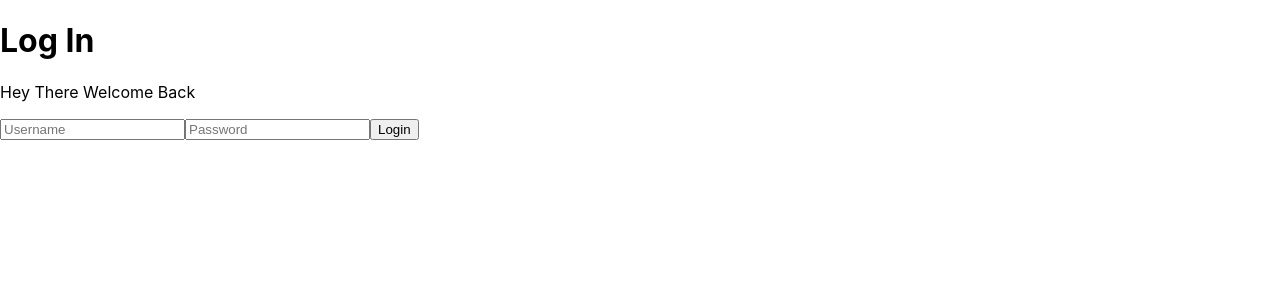
Repository: AfifaNoor/Admin_Panel-React-
Page: /login-page
The author's editor kept a copy of each file at every save. The page is drawn from the files as they stood at one save, then again after the next save.
The browser window is 1280 px wide. The pictures show the whole page.
The project was rebuilt for these pictures with package versions that can differ from the ones it lists, and the page was loaded fresh each time.

Above is the page before, as saved 2025-07-09 18:30:54.

After the next save:
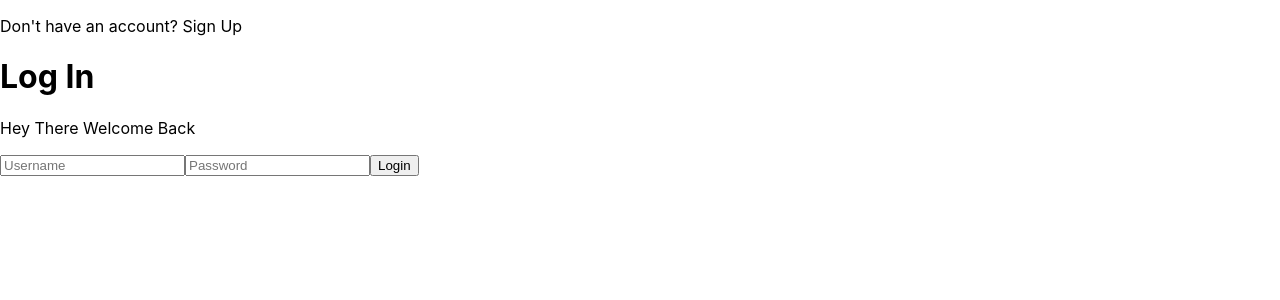
Saved 50 s later.
--- a/src/LoginPage.jsx
+++ b/src/LoginPage.jsx
@@ -8,7 +8,9 @@ const LoginPage = () => {
     <div className='login-container'>
 
     <div className='signup-redirect'>
-
+         <p>
+            Don't  have an account? <span className="signup-link">Sign Up</span>
+         </p>
     </div>
     <div className='header'>
     <h1 className='title'>Log In </h1>
